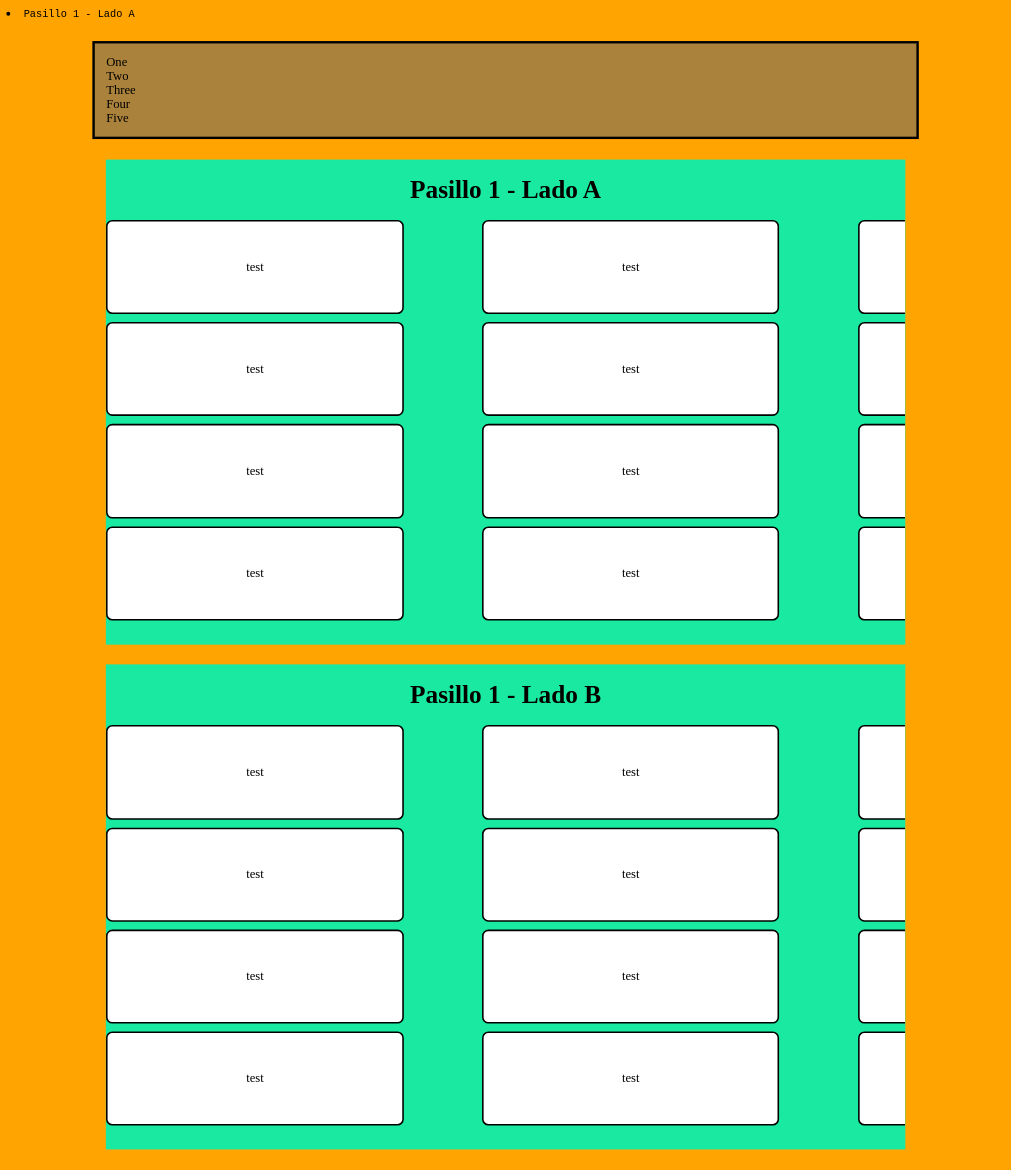
Repository: Franzcod/DepoStock_Web
Page: index.html
The author's editor kept a copy of each file at every save. The page is drawn from the files as they stood at one save, then again after the next save.
The browser window is 1280 px wide. The pictures show the whole page, at 79% of full size.

Above is the page before, as saved 2020-06-07 02:56:48.
Console error: ReferenceError: ur is not defined

### index.html
<!DOCTYPE html>
<html lang="en">
<head>
    <meta charset="UTF-8">
    <meta name="viewport" content="width=device-width, initial-scale=1.0">
    <title>Deposito Probusol</title>

    <link rel="stylesheet" href="estilo/estilo.css">
</head>
<body>

    <li><code>Pasillo 1 - Lado A</code>
        <div id="div2">
            <div class="wrapper">
                <div class="box1">One</div>
                <div class="box2">Two</div>
                <div class="box3">Three</div>
                <div class="box4">Four</div>
                <div class="box5">Five</div>
            </div>
        </div>
    </li>

    <div class="app">
        <h1>Pasillo 1 - Lado A</h1>

        <ul class="hs">
            <li class="item">test</li>
            <li class="item">test</li>
            <li class="item">test</li>
            <li class="item">test</li>
            <li class="item">test</li>
            <li class="item">test</li>
            <li class="item">test</li>
            <li class="item">test</li>
            <li class="item">test</li>
            <li class="item">test</li>
            <li class="item">test</li>
            <li class="item">test</li>

        </ul>

        <!-- <div class="container">
            <div class="item">
            <h3>Block for context</h3>
            </div>
        </div> -->
    </div>

    <div class="app">
        <h1>Pasillo 1 - Lado B</h1>

        <ul class="hs">
            <li class="item">test</li>
            <li class="item">test</li>
            <li class="item">test</li>
            <li class="item">test</li>
            <li class="item">test</li>
            <li class="item">test</li>
            <li class="item">test</li>
            <li class="item">test</li>
            <li class="item">test</li>
            <li class="item">test</li>
            <li class="item">test</li>
            <li class="item">test</li>

        </ul>

        <!-- <div class="container">
            <div class="item">
            <h3>Block for context</h3>
            </div>
        </div> -->
    </div>






    <script>ur</script>

</body>







</html>

### estilo/estilo.css
html{
    background-color: rgba(255, 164, 0, 1);
}

#div2 {
    border: 3px solid black;
    width:  80%;
    height: 40%;
    margin: 2vw auto;
    padding: 2vh 2vh;
    background-color: rgba(105, 105, 105, 0.565);
}

#div2 { overflow-x: scroll;}

:root {
--gutter: 20px;
}

.app {
padding: var(--gutter) 0;
display: grid;
grid-gap: var(--gutter) 0;
/* grid-template-columns: var(--gutter) 1fr var(--gutter); */
align-content: start;
}

/* .app > * {
grid-column: 2 / 2;
} */
/*
.app > .full {
grid-column: 1 / -1;
} */

.hs {
    display: grid;
    grid-gap: calc(var(--gutter) / 2);
    grid-template-columns: repeat(3, calc(50% - var(--gutter) * 2));
    grid-template-rows: minmax(7vw, 1fr);

    overflow-x: scroll;
    /* scroll-snap-type: x proximity; */
    padding-bottom: calc(.75 * var(--gutter));
    margin-bottom: calc(-.25 * var(--gutter));

}

/* Demo styles */

ul {
    list-style: none;
    padding: 0;
    margin: 0;
}

h1,
h2,
h3 {
    margin: auto;
}

.app {
    width: 80%;
    height: 30%;
    background: rgb(26, 233, 161);
    overflow-y: scroll;
    margin: 2vw auto;

}

.hs > li,
.item {
    scroll-snap-align: center;
    /* padding: calc(var(--gutter) / 1 ); */
    display: flex;
    flex-direction: column;
    justify-content: center;
    align-items: center;
    background: #fff;
    border: 2px solid black;
    border-radius: 8px;
    height: 9vw;
    width: 80%;

}

After the next save:
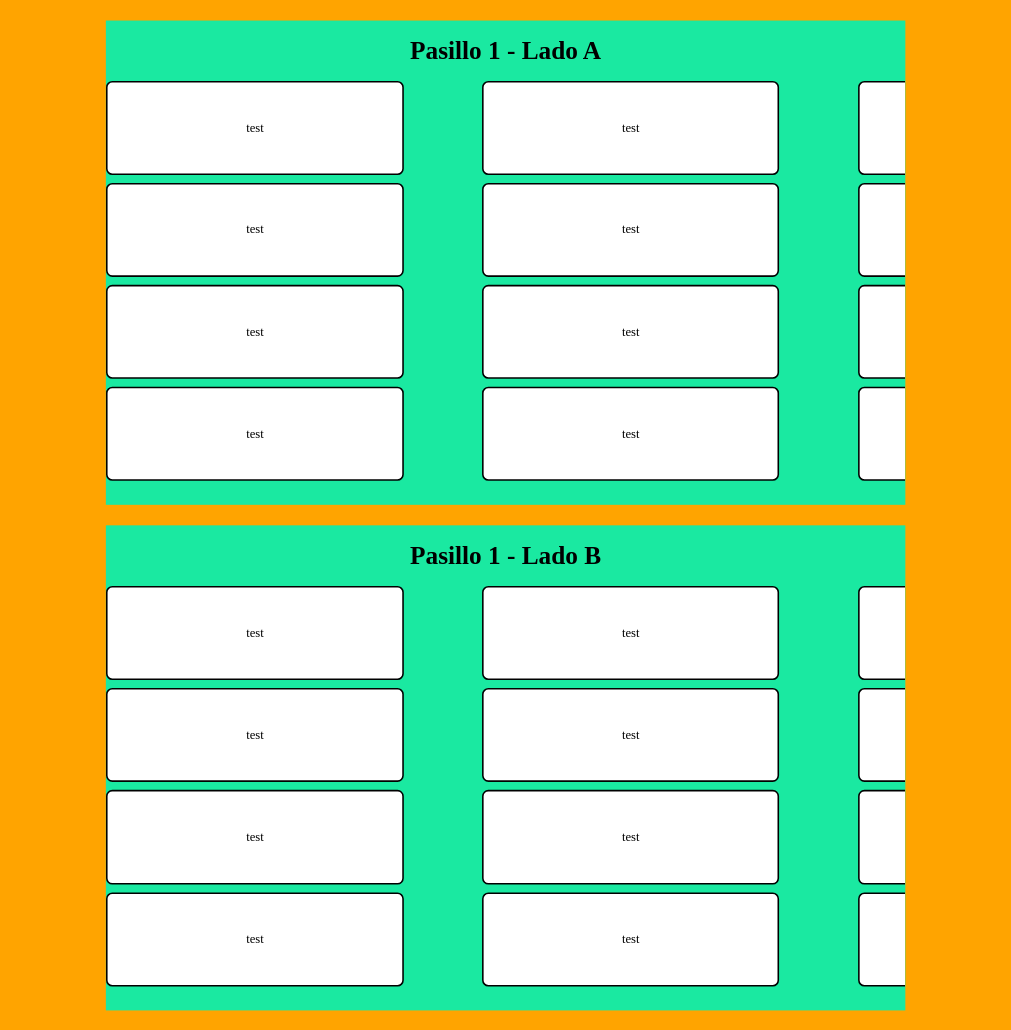
Saved 14 s later.
--- a/index.html
+++ b/index.html
@@ -9,17 +9,7 @@
 </head>
 <body>
 
-    <li><code>Pasillo 1 - Lado A</code>
-        <div id="div2">
-            <div class="wrapper">
-                <div class="box1">One</div>
-                <div class="box2">Two</div>
-                <div class="box3">Three</div>
-                <div class="box4">Four</div>
-                <div class="box5">Five</div>
-            </div>
-        </div>
-    </li>
+
 
     <div class="app">
         <h1>Pasillo 1 - Lado A</h1>
